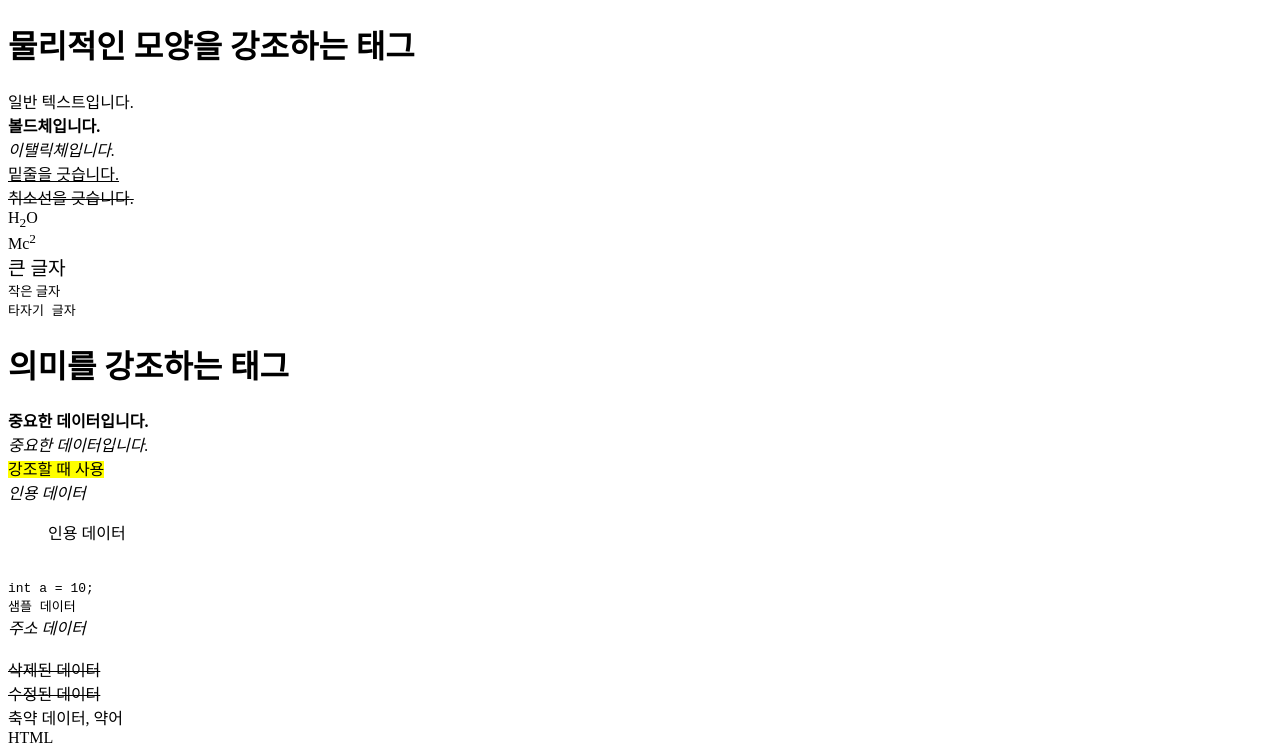
Repository: Hswwwww/WEB
Page: ClientTest/src/main/webapp/html/ex10_style.html
An editor plug-in stored every save of this project. The page is shown before and after the next save, followed by the edit.
The browser window is 1280 px wide. The pictures show the whole page.

Above is the page before, as saved 2024-03-13 01:24:21.

After the next save:
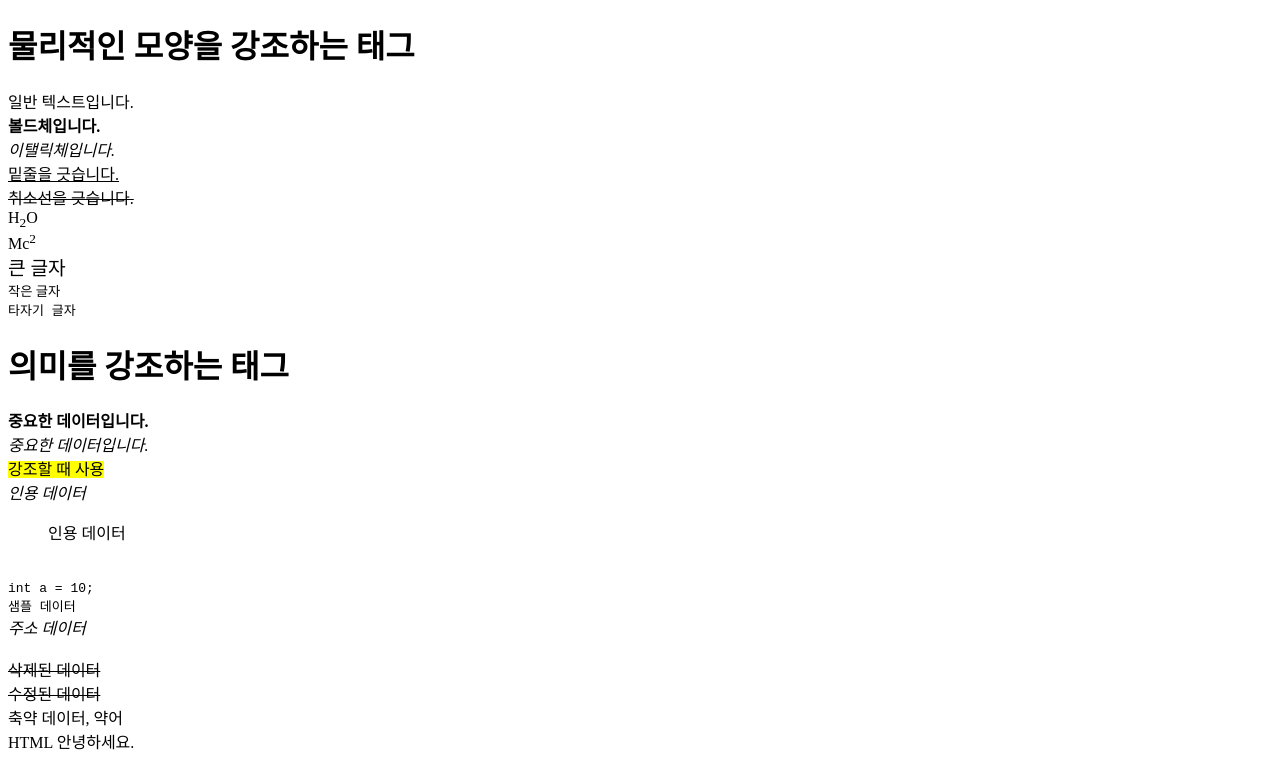
Saved 29 s later.
--- a/ClientTest/src/main/webapp/html/ex10_style.html
+++ b/ClientTest/src/main/webapp/html/ex10_style.html
@@ -37,6 +37,8 @@
 	<abbr>축약 데이터, 약어</abbr><br>
 	<abbr>HTML</abbr>
 
+	<bdo>안녕하세요.</bdo>
+
 
 
 
